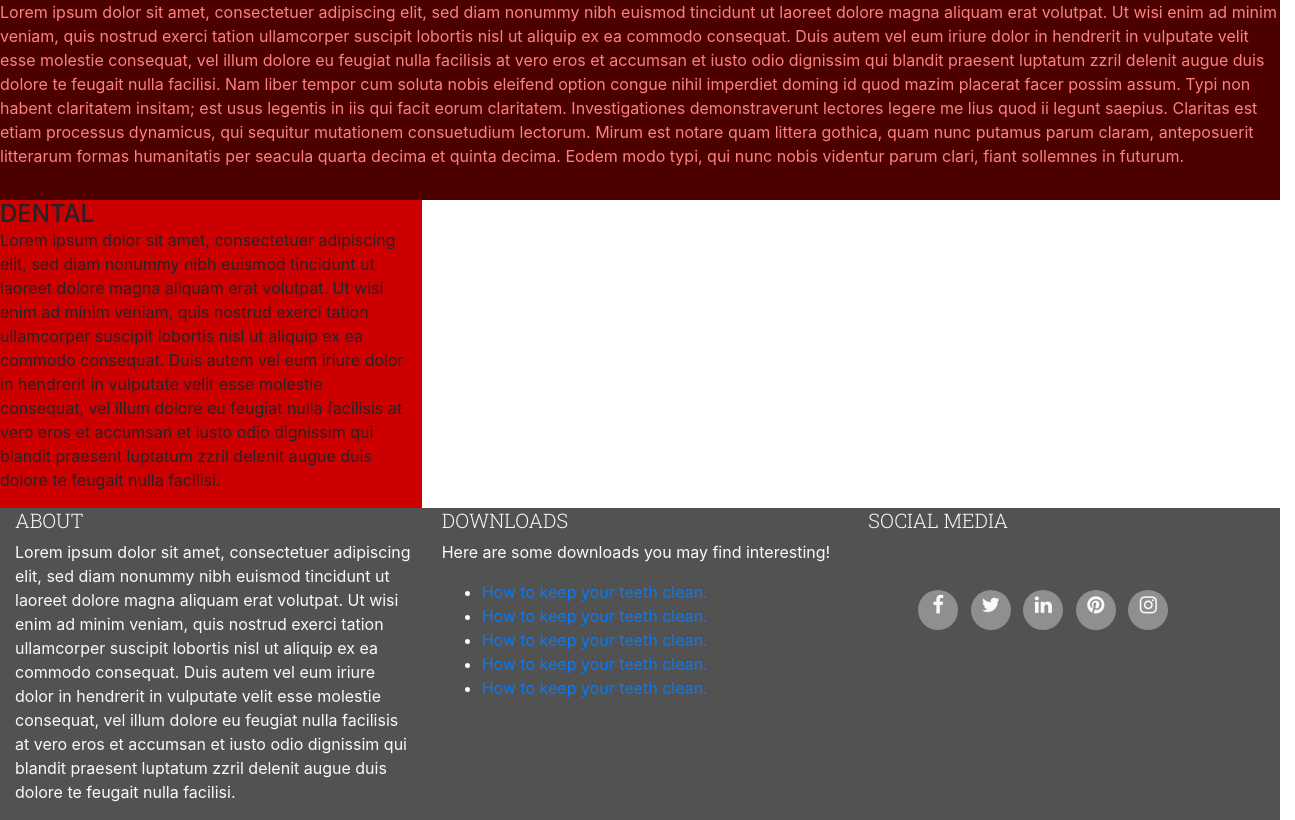
Repository: Code-Institute-Submissions/Rajjabbal-milestone-project
Page: dental.html
The author's editor kept a record of every edit. The page is drawn from the files as they stood at one moment, then again after the next edit.
The browser window is 1280 px wide. The page is 1295 px wide, so the pictures cover 1295 px, including what lies to the right of the window. The pictures show the part of the page from y = 871 to 1691 px (the page is 1691 px tall).
Some web libraries are served in a nearby version.

Above is the page before.

### dental.html
<!DOCTYPE html>
<html lang="en">

<head>
    <meta charset="UTF-8">
    <meta name="viewport" content="width=device-width, initial-scale=1.0">
    <meta http-equiv="X-UA-Compatible" content="ie=edge">
    <link rel="stylesheet" href="https://stackpath.bootstrapcdn.com/bootstrap/4.2.1/css/bootstrap.min.css" type="text/css" />
    <link rel="stylesheet" href="https://stackpath.bootstrapcdn.com/font-awesome/4.7.0/css/font-awesome.min.css" type="text/css" />
    <link rel="stylesheet" href="assets/css/style.css" type="text/css" />
    <link rel="stylesheet" href="https://cdnjs.cloudflare.com/ajax/libs/hover.css/2.3.1/css/hover-min.css" type="text/css" />
    <title>Milestone Project 1</title>
</head>

<body>
    <header>
        <div class="row no-gutters">
            <div class="col-md-12">
                <ul id="nav" class="list-inline menucontainer">
                    <li class="col-sm-2 ui-menu-color-home list-inline-item menuitem">
                        <a href="#" class="hvr-sweep-to-bottom"><i class="fa fa-home" aria-hidden="true"></i><span>Home</span>
                        </a>
                    </li>
                    <li class="col-sm-2 ui-menu-color-dental list-inline-item menuitem">
                        <a href="#" class="hvr-sweep-to-bottom"><i class="fa fa-apple" aria-hidden="true"></i><span>Dental Treatment</span>
                        </a>
                    </li>
                    <li class="col-sm-2 ui-menu-color-periodontal list-inline-item menuitem">
                        <a href="#" class="hvr-sweep-to-bottom"><i class="fa fa-ambulance" aria-hidden="true"></i><span>Periodontal Treatment</span>
                        </a>
                    </li>
                    <li class="col-sm-2 ui-menu-color-contact list-inline-item menuitem">
                        <a href="#" class="hvr-sweep-to-bottom"><i class="fa fa-envelope-square" aria-hidden="true"></i><span>Contact</span>
                        </a>
                    </li>
                    <li class="col-sm-4 ui-menu-color-statement list-inline-item menuitem">
                        <i class="fa fa-ad" aria-hidden="true"></i>
                        <span>An advanced interactive platform to give you insight into any dental symptom ever!</span>
                    </li>
                </ul>
            </div>
        </div>
        <div class="row no-gutters">
            <a href="index.html" class="col-md-12 logo"></a>
        </div>
        <div class="row no-gutters bg-color-question">
            <div class="col-md-12 question">
                <a href="question"> What dental symptoms do you have?</a>
            </div>
        </div>
        <div class="col-md-12 picture">
        </div>

    </header>

    <section>
        <div class="col-md-12 blurb">
            <p>Lorem ipsum dolor sit amet, consectetuer adipiscing elit, sed diam nonummy nibh euismod tincidunt ut laoreet dolore magna aliquam erat volutpat. Ut wisi enim ad minim veniam, quis nostrud exerci tation ullamcorper suscipit lobortis nisl ut
                aliquip ex ea commodo consequat. Duis autem vel eum iriure dolor in hendrerit in vulputate velit esse molestie consequat, vel illum dolore eu feugiat nulla facilisis at vero eros et accumsan et iusto odio dignissim qui blandit praesent
                luptatum zzril delenit augue duis dolore te feugait nulla facilisi. Nam liber tempor cum soluta nobis eleifend option congue nihil imperdiet doming id quod mazim placerat facer possim assum. Typi non habent claritatem insitam; est usus
                legentis in iis qui facit eorum claritatem. Investigationes demonstraverunt lectores legere me lius quod ii legunt saepius. Claritas est etiam processus dynamicus, qui sequitur mutationem consuetudium lectorum. Mirum est notare quam littera
                gothica, quam nunc putamus parum claram, anteposuerit litterarum formas humanitatis per seacula quarta decima et quinta decima. Eodem modo typi, qui nunc nobis videntur parum clari, fiant sollemnes in futurum.
                </p>
        </div>

        <div class="row">
            <div class="col-md-4 bg-color-dental section-column">
                <h4 class="section-heading uppercase">DENTAL</h4>
                <p>Lorem ipsum dolor sit amet, consectetuer adipiscing elit, sed diam nonummy nibh euismod tincidunt ut laoreet dolore magna aliquam erat volutpat. Ut wisi enim ad minim veniam, quis nostrud exerci tation ullamcorper suscipit lobortis nisl ut aliquip ex
                    ea commodo consequat. Duis autem vel eum iriure dolor in hendrerit in vulputate velit esse molestie consequat, vel illum dolore eu feugiat nulla facilisis at vero eros et accumsan et iusto odio dignissim qui blandit praesent luptatum
                    zzril delenit augue duis dolore te feugait nulla facilisi.</p>
            </div>

            </div>
        </div>

    </section>

    <footer class="container-fluid">
        <div class="row">
            <div class="col-sm-4">
                <h5 class="uppercase general-sub">About</h5>
                <p class="inline-block">
                    Lorem ipsum dolor sit amet, consectetuer adipiscing elit, sed diam nonummy nibh euismod tincidunt ut laoreet dolore magna aliquam erat volutpat. Ut wisi enim ad minim veniam, quis nostrud exerci tation ullamcorper suscipit lobortis nisl ut aliquip ex
                    ea commodo consequat. Duis autem vel eum iriure dolor in hendrerit in vulputate velit esse molestie consequat, vel illum dolore eu feugiat nulla facilisis at vero eros et accumsan et iusto odio dignissim qui blandit praesent luptatum
                    zzril delenit augue duis dolore te feugait nulla facilisi.
                </p>
            </div>
            <div class="col-sm-4">
                <h5 class="uppercase general-sub">Downloads</h5>
                <p>Here are some downloads you may find interesting!
                </p>
                <ul class="inline-block">
                    <li>
                        <a href="#" target="_blank" class="link1">
                        <span>How to keep your teeth clean.</span>
                    </a>
                    </li>
                    <li>
                        <a href="#" target="_blank" class="link2">
                        <span>How to keep your teeth clean.</span>
                    </a>
                    </li>
                    <li>
                        <a href="#" target="_blank" class="link3">
                        <span>How to keep your teeth clean.</span>
                    </a>
                    </li>
                    <li>
                        <a href="#" target="_blank" class="link4">
                        <span>How to keep your teeth clean.</span>
                    </a>
                    </li>
                    <li>
                        <a href="#" target="_blank" class="link5">
                        <span>How to keep your teeth clean.</span>
                    </a>
                    </li>
                </ul>
            </div>
            <div class="col-sm-4">
                <h5 class="uppercase general-sub">Social Media</h5>
                <ul class="list-inline social-links">
                    <li class="list-inline-item">
                        <a target="_blank" href="#">
                            <i class="fa fa-facebook" aria-hidden="true"></i>
                            <span class="sr-only">Facebook</span>
                        </a>
                    </li>
                    <li class="list-inline-item">
                        <a target="_blank" href="#">
                            <i class="fa fa-twitter" aria-hidden="true"></i>
                            <span class="sr-only">Twitter</span>
                        </a>
                    </li>
                    <li class="list-inline-item">
                        <a target="_blank" href="#">
                            <i class="fa fa-linkedin" aria-hidden="true"></i>
                            <span class="sr-only">Linkedin</span>
                        </a>
                    </li>
                    <li class="list-inline-item">
                        <a target="_blank" href="#">
                            <i class="fa fa-pinterest" aria-hidden="true"></i>
                            <span class="sr-only">Pinterest</span>
                        </a>
                    </li>
                    <li class="list-inline-item">
                        <a target="_blank" href="#">
                            <i class="fa fa-instagram" aria-hidden="true"></i>
                            <span class="sr-only">Instagram</span>
                        </a>
                    </li>
                </ul>
            </div>

        </div>

    </footer>

</body>

</html>

### assets/css/style.css
@import url('https://fonts.googleapis.com/css?family=Roboto+Slab:100,200,300,400,500,600,700');

/*-----colors-----*/

.bg-color-question {
    background-color: #FFC300;

}

.ui-menu-color-home {
    background-color: RGB(88, 24, 69);
}

.ui-menu-color-dental {
    background-color: RGB(144, 12, 63);
}

.ui-menu-color-periodontal {
    background-color: RGB(199, 0, 57);
}

.ui-menu-color-contact {
    background-color: RGB(255, 87, 51);
}

.ui-menu-color-statement {
    background-color: RGB(23, 32, 42);
}

.bg-color-dental {
    background-color: #e60000;
}
.bg-color-dental {
    background-color: #cc0000;
}
.bg-color-dental

/*-----Special paddings/margins/text-----*/

h1,
h2,
h3,
h4 {
    margin: 0;
}

.uppercase {
    text-transform: uppercase;

}

.general-sub {
    font-family: "Roboto Slab", sans-serif;
    font-weight: 300;
    color: #fafafa;
}

.inline-block {
    display: inline-block;
}

/*-----heading-----*/

header {
    margin: 0px;
}

.list-inline-item:not(:last-child) {
    max-height: 80px;

}

.menucontainer {
    font-size: 0;

}

#nav {
    margin: 0;
}

#nav li {
    font-size: 14px;
    font-family: "Roboto Slab", sans-serif;
    color: #DAF7A6;
    padding: 0;
}

.menuitem {
    height: 80px;
    text-align: center;
}

.menuitem a {
    width: 100%;
    text-decoration: none;
    color: #fff;
}

.menuitem a i {
    padding-top: 20px;
    display: block;
    color: #fafafa;
}

.menuitem span {
    display: block;
    width: 100%;
    padding-top: 5px;
    text-align: center;
    text-transform: uppercase;
    font-size: 14px;
    font-weight: 300;
    letter-spacing: 2px;
}

.logo {
    background: url("../images/CEP-Logo DENTAL.png");
    background-position: center;
    background-repeat: no-repeat;
    background-size: 1400px;
    min-height: 400px;
    padding: 0px;
    transition: all .5s ease-in-out;
    -moz-transition: all .5s ease-in-out;
    -webkit-transition: all .5s ease-in-out;
}

.picture {
    background: url("../images/BK.jpg");
    background-position: center;
    background-repeat: no-repeat;
    background-size: cover;
    min-height: 240px;
    transition: all .5s ease-in-out;
    -moz-transition: .5s ease-in-out;
    -webkit-transition: .5s ease-in-out;
}

.question {
    font-family: "Roboto Slab", sans-serif;
    font-weight: 500;
    font-size: 40px;
    margin: 0px;
    color: #ffffff;
    text-align: center;
}

/*-----hover.css-----*/

.hvr-sweep-to-bottom:before {
    background: rgba(0, 0, 0, 1);
    height: 80px;
}

/*-----section-----*/

.blurb {
    background-color: #4d0000;
    min-height: 200px;
    padding: 0;
    color: #ff8080;
}




/*-----footer-----*/

footer {
    background-color: #525252;
    color: #fafafa;
    min-height: 180px;
    margin: 0;
}

.social-links {
    padding: 50px;
}

.social-links li a i {
    width: 40px;
    height: 40px;
    padding: 12px 0;
    border-radius: 50%;
    font-size: 20px;
    line-height: 7px;
    text-align: center;
    color: #fafafa;
    background: #8f8f8f;
    transition: all 0.35s ease-in-out;
    -moz-transition: all 0.35s ease-in-out;
    -webkit-transition: all 0.35s ease-in-out;
    -o-transition: all 0.35s ease-in-out;
}

.social-links li a i:hover {
    background: #e84610;
}

#footer-details {
    padding: 20px;
}

After the next edit:
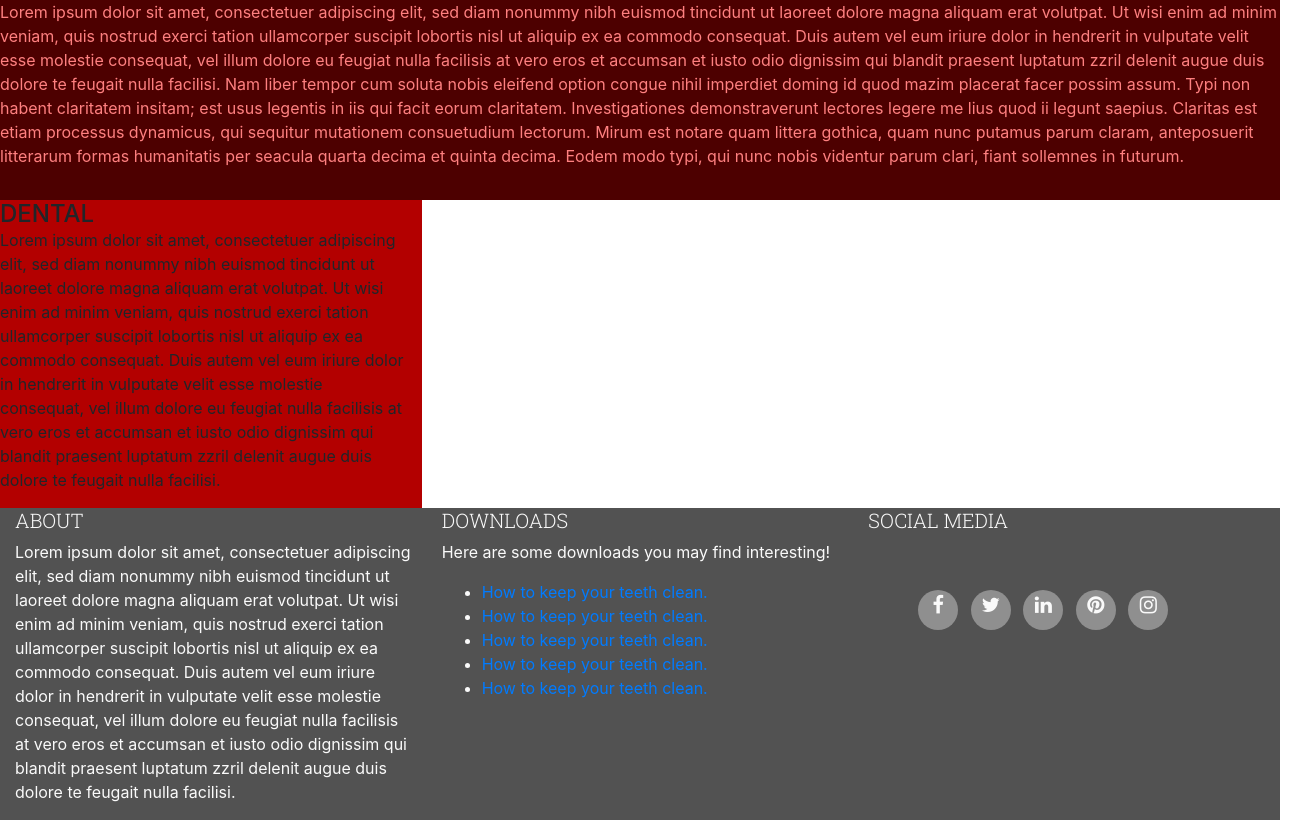
The edit:
--- a/assets/css/style.css
+++ b/assets/css/style.css
@@ -33,7 +33,9 @@
 .bg-color-dental {
     background-color: #cc0000;
 }
-.bg-color-dental
+.bg-color-dental {
+    background-color: #b30000;
+}
 
 /*-----Special paddings/margins/text-----*/
 
